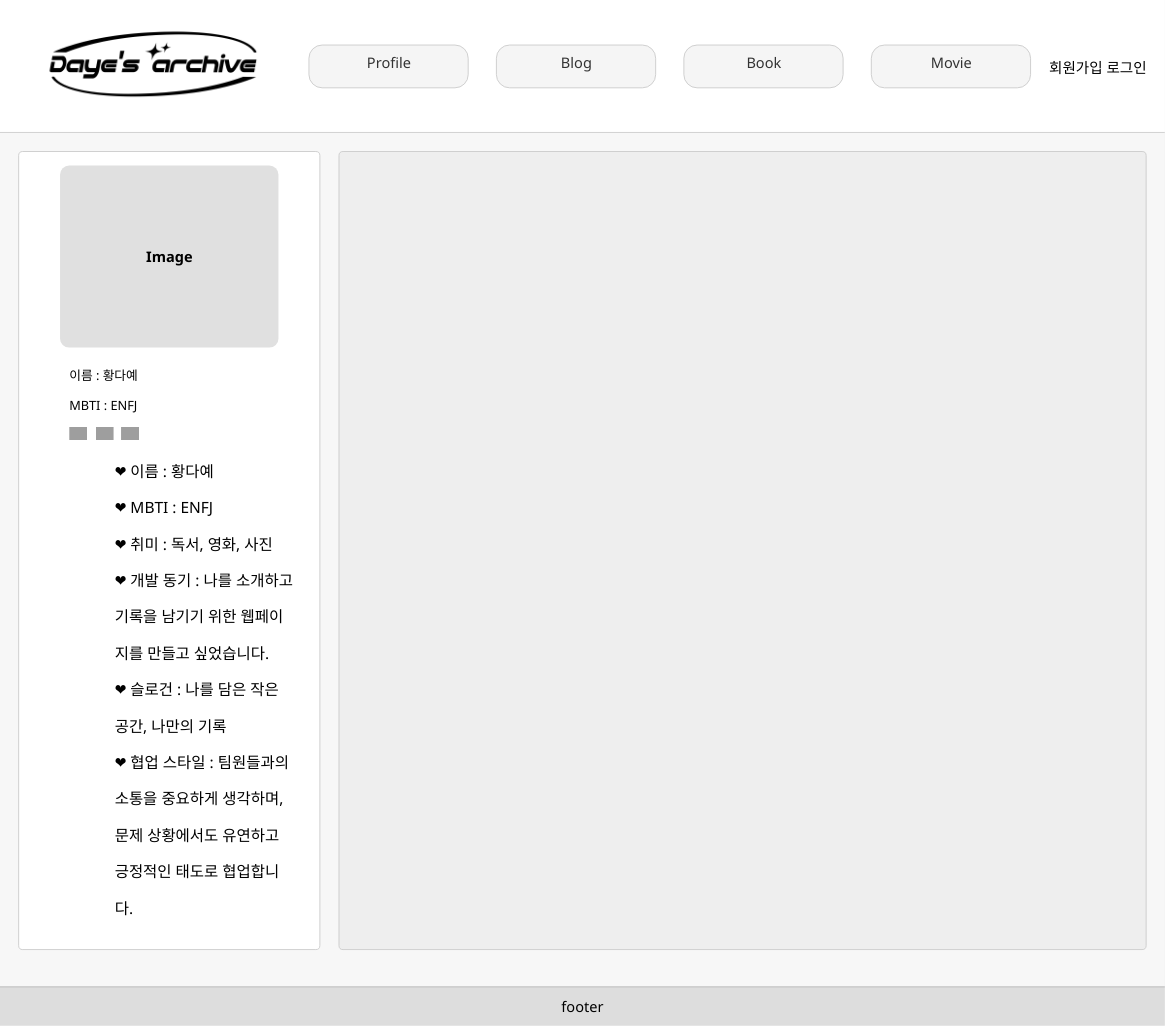
Repository: HWANG-DAYE/spring_project
Page: http://localhost/daye_archive/WEB-INF/views/main.jsp
The author's editor kept a copy of each file at every save. The page is drawn from the files as they stood at one save, then again after the next save.
The browser window is 1280 px wide. The pictures show the whole page, at 91% of full size.
Pictures or frames that could not be fetched are drawn as grey boxes. The page is served by Tomcat 9. Nobody is signed in. The template is opened directly, without the code that normally fills it, so the values that code supplies are empty.

Above is the page before, as saved 2025-08-06 06:44:47.

After the next save:
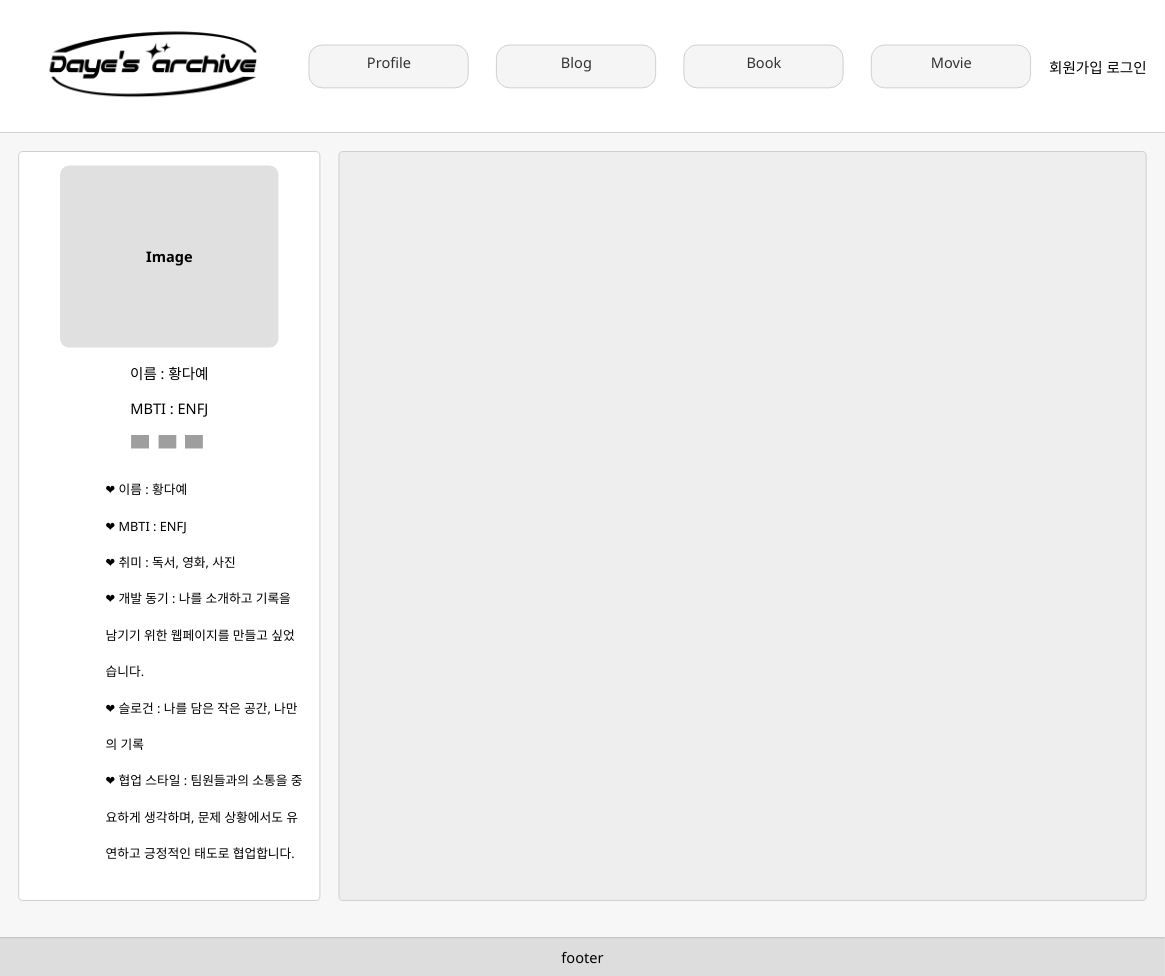
Saved 40 s later.
--- a/daye_archive/src/main/webapp/WEB-INF/views/main.jsp
+++ b/daye_archive/src/main/webapp/WEB-INF/views/main.jsp
@@ -8,8 +8,8 @@
 <title>메인 페이지</title>
 <style>
 body {
-	margin: 10px; font-family : 'Segoe UI', Tahoma, Geneva, Verdana,
-	sans-serif;
+	margin: 10px;
+	font-family: 'Segoe UI', Tahoma, Geneva, Verdana, sans-serif;
 	background-color: #f7f7f7;
 	font-family: 'Segoe UI', Tahoma, Geneva, Verdana, sans-serif;
 }
@@ -51,13 +51,6 @@ header {
 	font-weight: bold;
 }
 
-.profile .info {
-	text-align: left;
-	font-size: 14px;
-	margin-top: 20px;
-	margin-left: 40px;
-}
-
 .profile .sns {
 	margin: 8px 0;
 }
@@ -66,14 +59,17 @@ header {
 	width: 20px;
 	margin-right: 5px;
 }
+
 .profile ul {
-  list-style: none;
-  margin: 10px;
+	text-align: left;
+	list-style: none;
+	margin-top: 20px;
+	margin-left: 40px;
 }
 
 .profile li {
-  font-size: 17px;
-  line-height: 40px;
+	font-size: 14px;
+	line-height: 40px;
 }
 
 .content {
